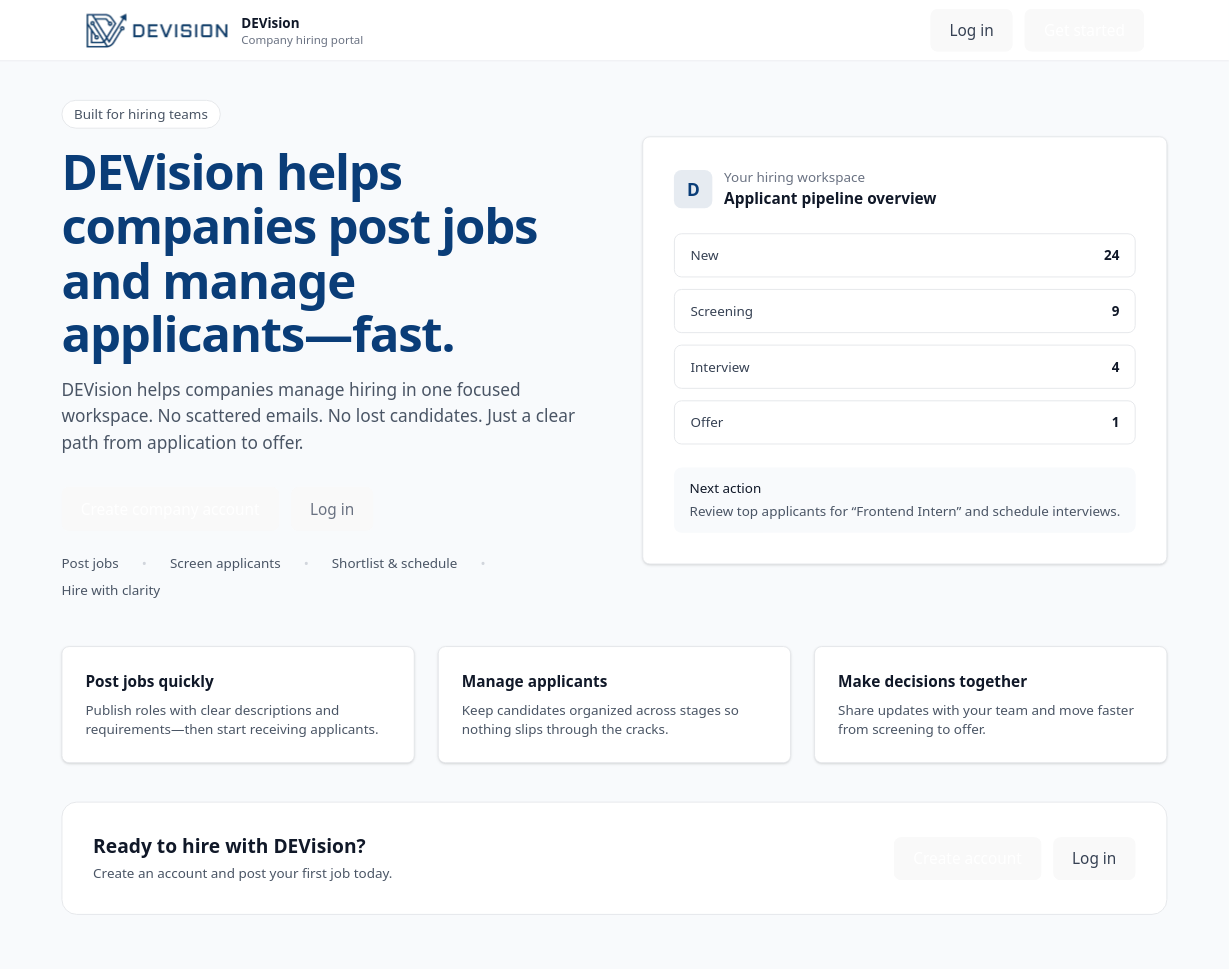
Repository: ISYS3461-2025C-Mulan-DEVision/JobManager_FE
Page: /
An editor plug-in stored every save of this project. The page is shown before and after the next save, followed by the edit.
The browser window is 1280 px wide. The pictures show the whole page, at 96% of full size.
The project was rebuilt for these pictures with package versions that can differ from the ones it lists, and the page was loaded fresh each time. Also part of the build but not shown: vite.config.js, src/components/ui/Input/Input.tsx, src/components/ui/Spinner/Spinner.tsx, src/components/ui/Alert/Alert.tsx, src/components/ui/GoogleLogo/GoogleLogo.tsx, src/components/headless/Form/Form.tsx, src/components/headless/Form/index.ts, src/components/headless/Table/useTable.ts and 18 more.

Above is the page before, as saved 2025-12-12 15:36:10.

After the next save:
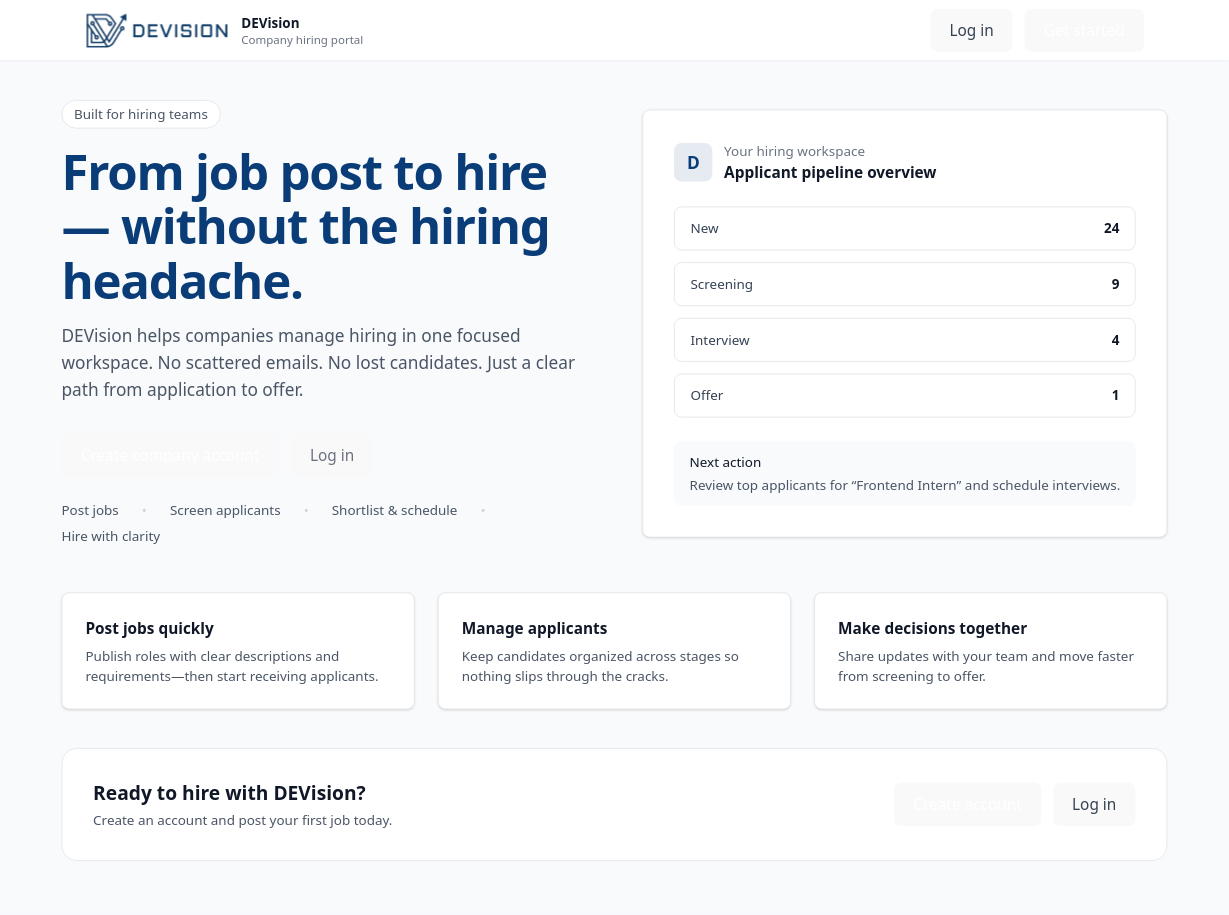
Saved 12 s later.
--- a/src/pages/Home.tsx
+++ b/src/pages/Home.tsx
@@ -12,7 +12,7 @@ export default function Home() {
                                 Built for hiring teams
                             </p>
                             <h1 className="mt-4 text-4xl font-bold tracking-tight text-heading sm:text-5xl">
-                                DEVision helps companies post jobs and manage applicants—fast.
+                                From job post to hire — without the hiring headache.
                             </h1>
                             <p className="mt-4 text-lg text-gray-600">
                                 DEVision helps companies manage hiring in one focused workspace.
